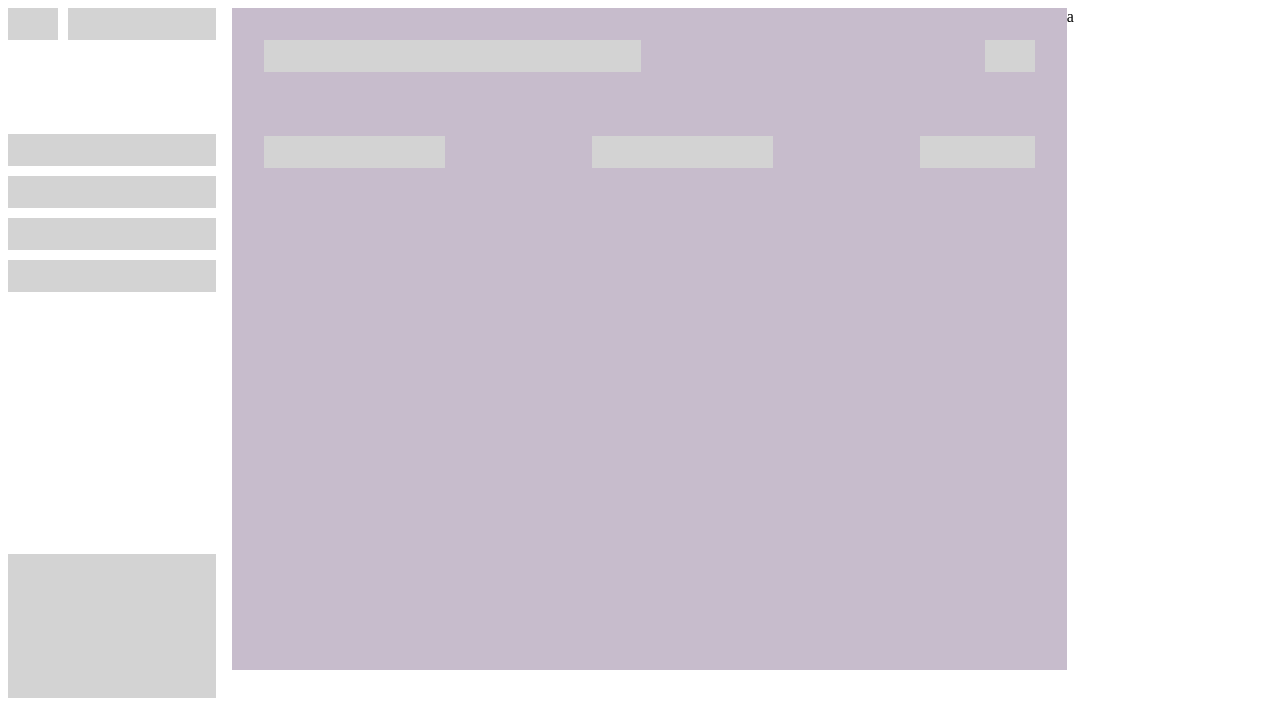
Repository: tr2cky/exercise2
Page: index.html
An editor plug-in stored every save of this project. The page is shown before and after the next save, followed by the edit.
The browser window is 1280 px wide. The pictures show the whole page.

Above is the page before, as saved 2022-10-01 12:02:18.

After the next save:
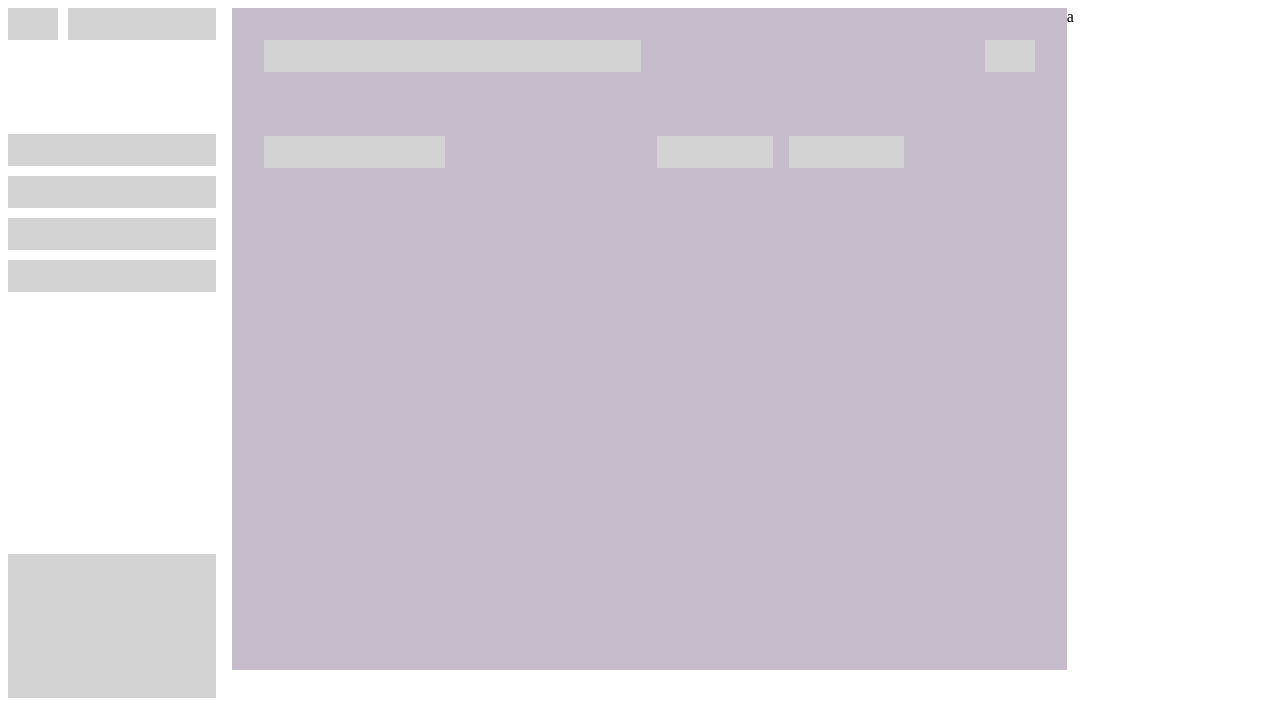
Saved 30 s later.
--- a/style.css
+++ b/style.css
@@ -78,14 +78,14 @@ main div,
     grid-row: 3;
 }
 #boxd {
-    grid-column: 6/9;
+    grid-column: 7/9;
     grid-row: 3;
 }
 #boxe {
     grid-column: 9/11;
     grid-row: 3;
 }
-#boxe {
+#boxf {
     grid-column: 11/13;
     grid-row: 3;
 }
